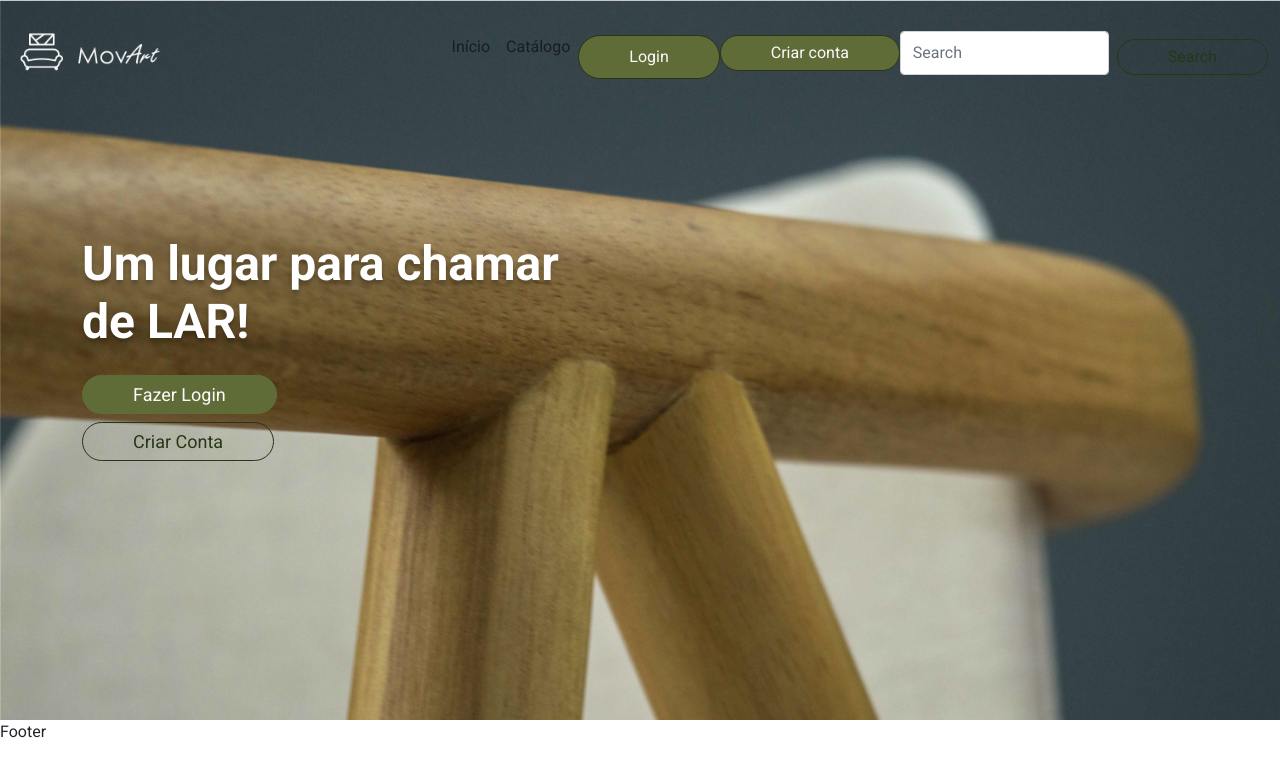
Repository: telesbp/Projeto-4-e-Projeto-5
Page: / (app in front-end/)
These files come from the project's save history. The page is drawn as it stood at one moment and after the next save; the edit follows.
The browser window is 1280 px wide. The pictures show the whole page.
The project was rebuilt for these pictures with package versions that can differ from the ones it lists, and the page was loaded fresh each time.

Above is the page before, as saved 2022-07-17 17:45:58.

### front-end/public/index.html
<!DOCTYPE html>
<html lang="pt-BR">
  <head>
    <meta charset="utf-8" />
    <link rel="icon" href="%PUBLIC_URL%/favicon.ico" />
    <meta name="viewport" content="width=device-width, initial-scale=1" />
    <meta name="theme-color" content="#000000" />
    <meta
      name="description"
      content="Seu negócio automatizado!"
    />
    <link rel="apple-touch-icon" href="%PUBLIC_URL%/logo192.png" />
    <!--
      manifest.json provides metadata used when your web app is installed on a
      user's mobile device or desktop. See https://developers.google.com/web/fundamentals/web-app-manifest/
    -->
    <link rel="manifest" href="%PUBLIC_URL%/manifest.json" />
    <!--
      Notice the use of %PUBLIC_URL% in the tags above.
      It will be replaced with the URL of the `public` folder during the build.
      Only files inside the `public` folder can be referenced from the HTML.

      Unlike "/favicon.ico" or "favicon.ico", "%PUBLIC_URL%/favicon.ico" will
      work correctly both with client-side routing and a non-root public URL.
      Learn how to configure a non-root public URL by running `npm run build`.
    -->
    <title>Stagio</title>

    <link rel="preconnect" href="https://fonts.googleapis.com">
    <link rel="preconnect" href="https://fonts.gstatic.com" crossorigin>
    <link href="https://fonts.googleapis.com/css2?family=Roboto:wght@400;700&display=swap" rel="stylesheet">
  </head>
  <body>
    <noscript>You need to enable JavaScript to run this app.</noscript>
    <div id="root"></div>
    <!--
      This HTML file is a template.
      If you open it directly in the browser, you will see an empty page.

      You can add webfonts, meta tags, or analytics to this file.
      The build step will place the bundled scripts into the <body> tag.

      To begin the development, run `npm start` or `yarn start`.
      To create a production bundle, use `npm run build` or `yarn build`.
    -->
  </body>
</html>

### front-end/src/index.tsx
import React from 'react';
import ReactDOM from 'react-dom/client';
import App from './App';
import 'bootstrap/dist/css/bootstrap.min.css';
import { BrowserRouter } from 'react-router-dom';
import 'react-toastify/dist/ReactToastify.css';
import { ToastContainer } from 'react-toastify';
import { GlobalStyle } from './assets/css/global';

const root = ReactDOM.createRoot(
  document.getElementById('root') as HTMLElement
);
root.render(
  <React.StrictMode>
    <BrowserRouter>
    <GlobalStyle/>
      <App />
      <ToastContainer/>
    </BrowserRouter>
  </React.StrictMode>
);

### front-end/src/App.tsx
import { HomeView } from "./views/Home";

function App() {
  return (
    <HomeView/>
  );
}

export default App;

### front-end/src/assets/css/global.ts
import { createGlobalStyle } from "styled-components";

export const GlobalStyle = createGlobalStyle`
    body{
       font-family: 'Roboto', sans-serif;
    }
`

### front-end/src/views/Home/index.tsx
import { Container } from "react-bootstrap";
import styled from "styled-components";
import bgSite from "../../assets/img/cadeira1.png"
import { CustomButton } from "../../components/CustomButton";
import { Layout } from "../../components/Layout";

export function HomeView(){
    return(
        <Layout>
            <Banner className="vh-100">
                <Container className="h-100 d-flex flex-column justify-content-center align-items-center align-items-lg-start">
                    <Title className="text-center text-white text-lg-start mt-auto mt-lg-0 ">Um lugar para chamar de LAR!</Title>
                    <CustomButton size="lg" to="login" variant="primary" className="mt-auto mt-lg-3 mb-2">Fazer Login</CustomButton>
                    <CustomButton size="lg" to="cadastro" variant="outline-primary" className="mb-4">Criar Conta</CustomButton>
                </Container>
            </Banner>
        </Layout>
    )
}

const Banner = styled.div`
    background: url(${bgSite}) no-repeat center center;
    background-size: cover;
`
const Title = styled.h1`
    font-size: 2.25rem;
    font-weight: bold;
    text-shadow: 0 4px 4px rgba(0, 0, 0, 0.25);
    @media (min-width: 992px){
        font-size: 3rem;
        max-width: 500px;
    }
`

### front-end/src/components/CustomButton/index.tsx
import { Button, ButtonProps, Spinner } from "react-bootstrap";
import { LinkContainer } from "react-router-bootstrap";
import styled from "styled-components";

type Props = ButtonProps & {
    loading?: boolean
    to?: string
}

export function CustomButton({children, loading, to, ...otherProps}: Props) {
    const button = (
        <ButtonStyled {...otherProps}>
            {loading && (
                <Spinner animation="border" role="status" size="sm" className="me-2">
                    <span className="visually-hidden">Carregando...</span>
                </Spinner>
            )}
            {children}
        </ButtonStyled>
    )
    if (to){
        return(
            <LinkContainer to={to}>
                {button}
            </LinkContainer>
        )
    }
    return button
}
const ButtonStyled = styled(Button)`
    border-radius: 50px;
    font-weight: 500;
    padding:5px 50px 5px 50px;
    ${props => props.size ==='lg' && `
        font-size: 1.125rem;
    `}
    ${props => (props.variant === "primary" || !props.variant) && `
        background-color: #606c38;
        border-color: #606c38;
        color: #fafafa!important;
        &:hover {
            background-color: #283618;
            border-color: #283618;
        }
    `}
    ${props => (props.variant === "outline-primary" || !props.variant) && `
        border-color: #283618;
        color: #283618;
        &:hover {
            background-color: #283618;
            border-color: #283618;
            color: #fafafa;
        }
    `}
`

### front-end/src/components/Layout/index.tsx
import { Header } from "./Header"

type Props = {
    children: React.ReactNode
}
export const Layout: React.FC<Props> = ({children}) => {
    return (
        <>
            <Header/>
            {children}
            <p>Footer</p>
        </>
    )
}

### front-end/src/components/Layout/Header.tsx
import { faBarsStaggered } from "@fortawesome/free-solid-svg-icons";
import { FontAwesomeIcon } from "@fortawesome/react-fontawesome";
import { Container, Form, Nav, Navbar } from "react-bootstrap";
import { Link } from "react-router-dom";
import styled from "styled-components";
import LogoBrand from "../../assets/img/logobranca.png"
import { CustomButton } from "../CustomButton";
export function Header() {
    return(
        <Navbar fixed="top" expand="lg">
        <Container fluid>
          <Navbar.Brand to="/" as={Link}>
            <img src={LogoBrand} alt="MovArt" width={170} height={80}/>
          </Navbar.Brand>
          <NavBarToggleStyled aria-controls="basic-navbar-nav">
            <FontAwesomeIcon icon={faBarsStaggered}  className="text-white" size="lg" />
            </NavBarToggleStyled>
        <NavBarCollapseStyled id="basic-navbar-nav">
          <Nav className="ms-auto">
            <Nav.Link as={Link} to="/" className="justify-contend-center text-center">Início</Nav.Link>
            <Nav.Link as={Link} to="/catálogo" className="justify-contend-center text-center">Catálogo</Nav.Link>
            <CustomButton className="mt-2" >Login</CustomButton>
            <CustomButton className="mt-2 mb-2" >Criar conta</CustomButton>
        </Nav>
            <Form className="d-flex">
              <Form.Control
                type="search"
                placeholder="Search"
                className="me-2"
                aria-label="Search"
              />
              <CustomButton variant="outline-primary" className="mt-2">Search</CustomButton>
            </Form>
          </NavBarCollapseStyled>
        </Container>
      </Navbar>
    )
}
const NavBarToggleStyled = styled(Navbar.Toggle)`
    border:none;
`

const NavBarCollapseStyled = styled(Navbar.Collapse)`
   @media (max-width: 991px) {
   background-color:#fafafa ;
    margin: 0 -12px;
    padding: 1rem 2rem;
}
`

After the next save:
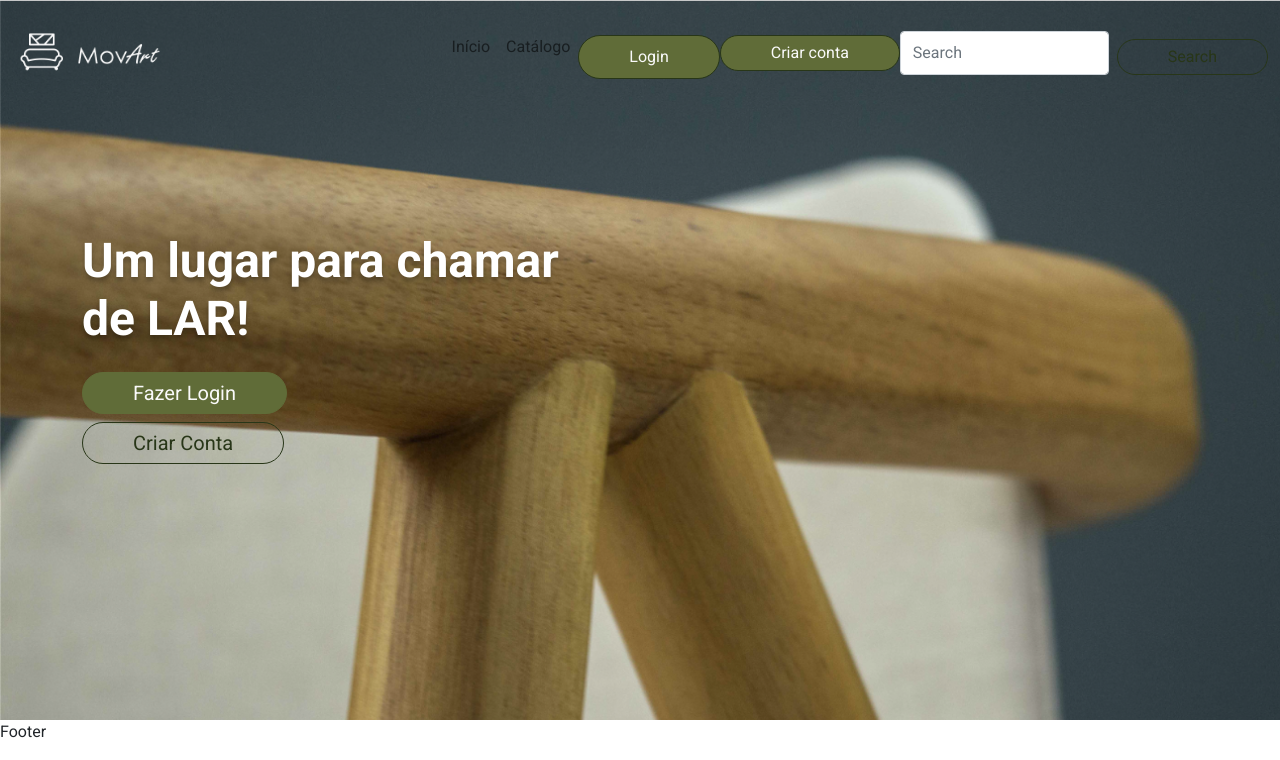
Saved 11 min 28 s later.
--- a/front-end/src/components/CustomButton/index.tsx
+++ b/front-end/src/components/CustomButton/index.tsx
@@ -31,9 +31,7 @@
     border-radius: 50px;
     font-weight: 500;
     padding:5px 50px 5px 50px;
-    ${props => props.size ==='lg' && `
-        font-size: 1.125rem;
-    `}
+
     ${props => (props.variant === "primary" || !props.variant) && `
         background-color: #606c38;
         border-color: #606c38;

After the save that followed:
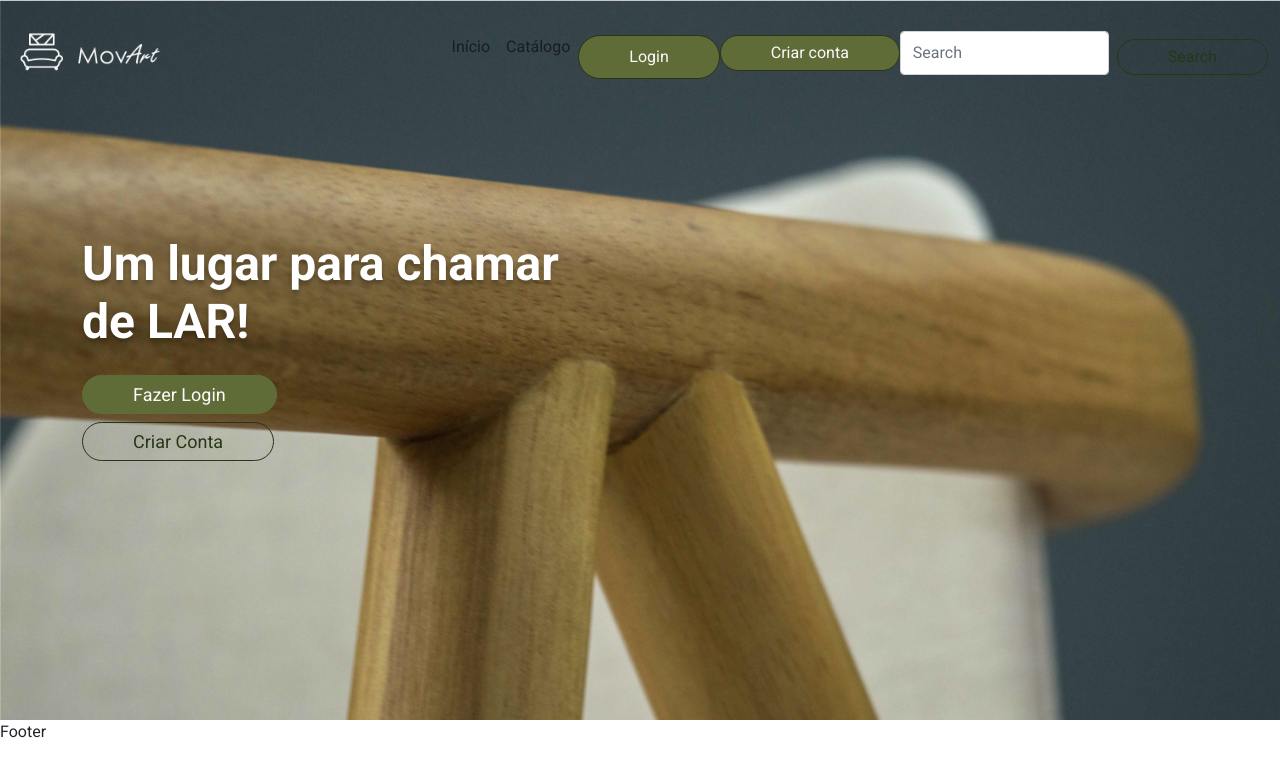
Saved 20 s later.
--- a/front-end/src/components/CustomButton/index.tsx
+++ b/front-end/src/components/CustomButton/index.tsx
@@ -31,7 +31,9 @@
     border-radius: 50px;
     font-weight: 500;
     padding:5px 50px 5px 50px;
-
+    ${props => props.size ==='lg' && `
+        font-size: 1.125rem;
+    `}
     ${props => (props.variant === "primary" || !props.variant) && `
         background-color: #606c38;
         border-color: #606c38;
